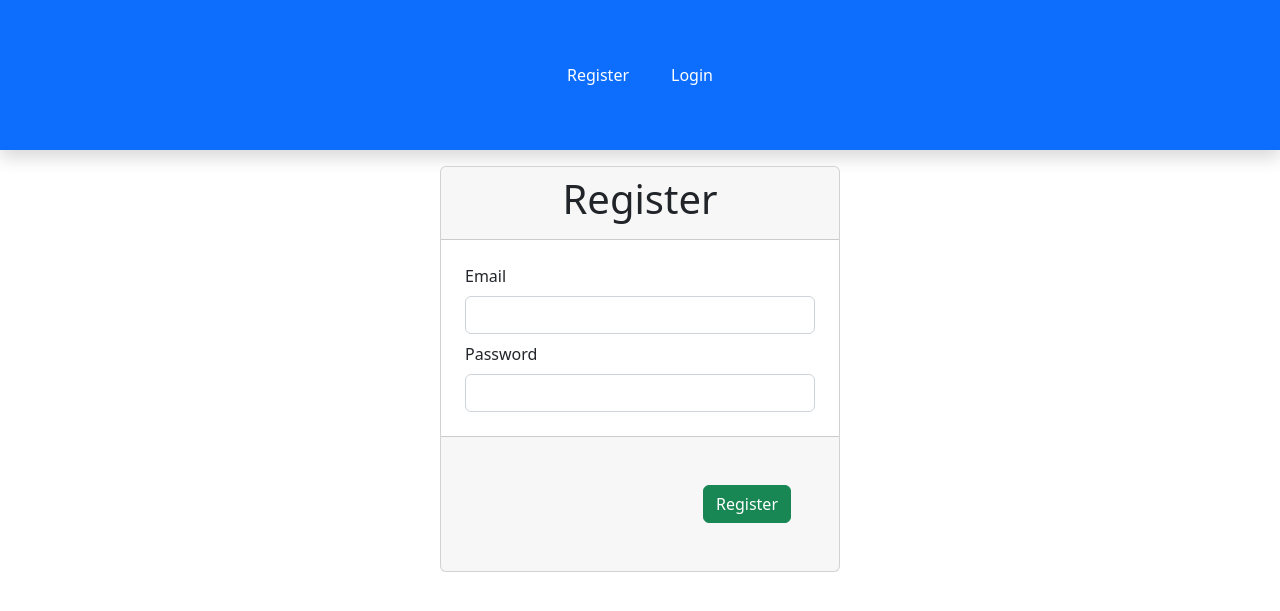
Repository: loveleii/firebase-login-logout
Page: /
These files come from the project's save history. The page is drawn as it stood at one moment and after the next save; the edit follows.
The browser window is 1280 px wide. The pictures show the whole page.
The project was rebuilt for these pictures with package versions that can differ from the ones it lists, and the page was loaded fresh each time. Also part of the build but not shown: vite.config.ts, src/views/loginView.vue, src/assets/main.css.

Above is the page before, as saved 2023-03-04 19:44:00.

After the next save:
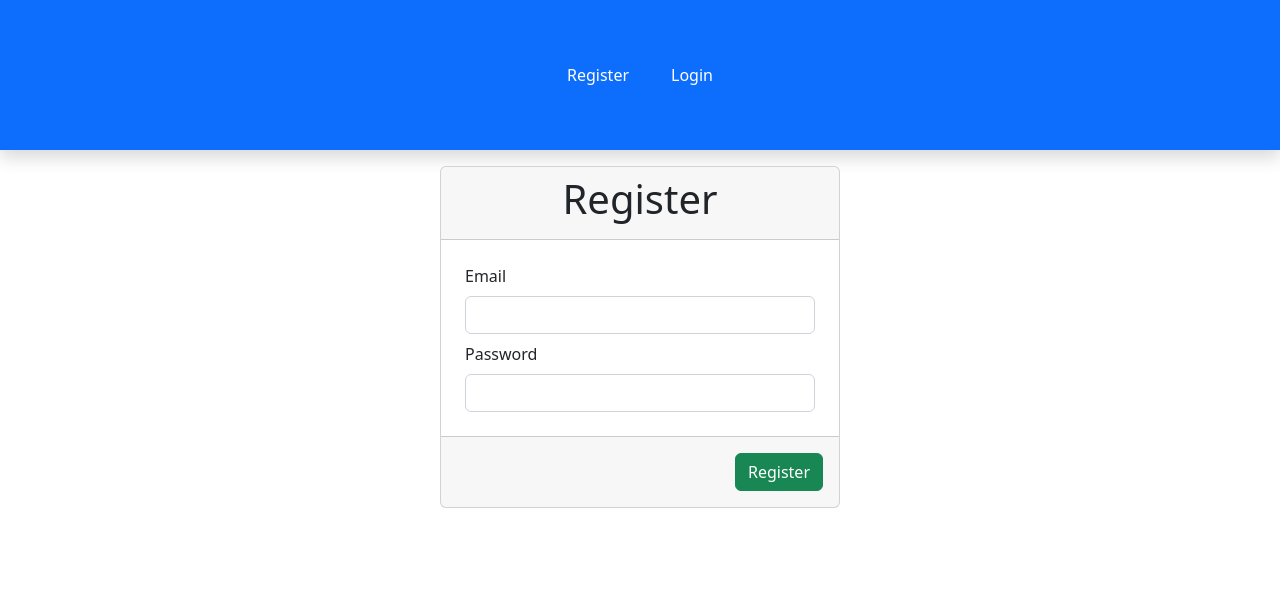
Saved 6 s later.
--- a/src/views/registerView.vue
+++ b/src/views/registerView.vue
@@ -15,7 +15,7 @@
             </div>
 
         </div>
-        <div class="card-footer p-5">
+        <div class="card-footer p-3">
             <div class="form-group float-end">
                 <button class="btn btn-success">Register</button>
             </div>
